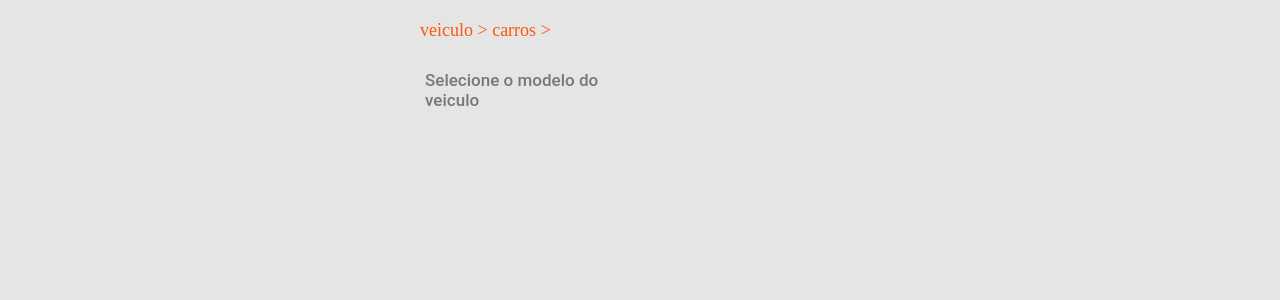
Repository: KevynMarques/Consumindo-API-CARROS
Page: /Page3
These files come from the project's save history. The page is drawn as it stood at one moment and after the next save; the edit follows.
The browser window is 1280 px wide. The pictures show the whole page.
The project was rebuilt for these pictures with package versions that can differ from the ones it lists, and the page was loaded fresh each time. Also part of the build but not shown: src/Components/Containers/style.jsx, src/Pages/Page1/index.jsx, src/Services/api.jsx, src/Components/BotoesGenericos/style.jsx, src/Pages/Page2/index.jsx.

Above is the page before, as saved 2022-04-01 18:34:21.

### public/index.html
<!DOCTYPE html>
<html lang="pt-br">
  <head>
    <meta charset="utf-8" />
    <link rel="icon" href="%PUBLIC_URL%/favicon.ico" />
    <meta name="viewport" content="width=device-width, initial-scale=1" />
    <meta name="theme-color" content="#000000" />
    <meta
      name="description"
      content="Web site created using create-react-app"
    />
    <link rel="apple-touch-icon" href="%PUBLIC_URL%/logo192.png" />
    <!--
      manifest.json provides metadata used when your web app is installed on a
      user's mobile device or desktop. See https://developers.google.com/web/fundamentals/web-app-manifest/
    -->
    <!--
      Notice the use of %PUBLIC_URL% in the tags above.
      It will be replaced with the URL of the `public` folder during the build.
      Only files inside the `public` folder can be referenced from the HTML.

      Unlike "/favicon.ico" or "favicon.ico", "%PUBLIC_URL%/favicon.ico" will
      work correctly both with client-side routing and a non-root public URL.
      Learn how to configure a non-root public URL by running `npm run build`.
    -->
    <title>Locadora</title>
  </head>
  <body>
    <noscript>You need to enable JavaScript to run this app.</noscript>
    <div id="root"></div>
    <!--
      This HTML file is a template.
      If you open it directly in the browser, you will see an empty page.

      You can add webfonts, meta tags, or analytics to this file.
      The build step will place the bundled scripts into the <body> tag.

      To begin the development, run `npm start` or `yarn start`.
      To create a production bundle, use `npm run build` or `yarn build`.
    -->
  </body>
</html>

### src/App.jsx
import React from 'react';
import { GlobalStyle } from './GlobalStyle';
import Router from './Routers/router';
import { CustomContextProvider } from './context/custom';


function App() {


  return (
    <>
    <CustomContextProvider>
    <Router />
    </CustomContextProvider>
    <GlobalStyle />
    </>
  );
}

export default App;

### src/GlobalStyle.jsx
import { createGlobalStyle } from 'styled-components';

 export const GlobalStyle = createGlobalStyle`
  * {
    margin: 0;
    padding: 0;
    box-sizing: border-box;
    background: #E5E5E5;
  }
`;

### src/Routers/router.jsx
import { BrowserRouter, Routes, Route } from "react-router-dom";
import Page1 from "../Pages/Page1";
import Page2 from "../Pages/Page2";
import Page3 from "../Pages/Page3";


export default () => {
  return (
    <>
    <BrowserRouter >
    <Routes >
      <Route path="/" element={<Page1 />} />
      <Route path="/Page2" element={<Page2 />} />
      <Route path="/Page3" element={<Page3 /> } />
    </Routes>
    </BrowserRouter>
    </>
  );
}

### src/context/custom.jsx
import { createContext } from "react";
import { useState } from "react";

export const CustomContext  = createContext();

export function CustomContextProvider ({children}) {

  const [veiculo, setVeiculo] = useState('carros')
  const [nome, setNome] = useState('')

   return (
     <CustomContext.Provider value={{veiculo, setVeiculo, nome, setNome}}>
       {children}
     </CustomContext.Provider>
   );
}

### src/Pages/Page3/index.jsx
import React, {useContext} from "react";
import { Sequencia, TextSelectP2 } from "../../Components/Textos/Style";
import { CustomContext } from "../../context/custom";

export default () => {
  const  {veiculo} = useContext(CustomContext);
  const  {nome} = useContext(CustomContext);
  return (
    <>
    <Sequencia>veiculo {'>'} {veiculo} {'>'} {nome} </Sequencia>
    <TextSelectP2 >
        Selecione o modelo do veiculo
    </TextSelectP2>
    </>
  );
}

### src/Components/Textos/Style.jsx
import styled from 'styled-components'



export const  Ola = styled.h1 `
position: absolute;
width: 53px;
height: 41px;
left: 460px;
top: 57px;
font-family: 'Roboto', sans-serif;
font-style: normal;
font-weight: bold;
font-size: 35px;
line-height: 41px;
color: #686868;
`;

export const BemVindo = styled.h2 `
font-family: 'Roboto', sans-serif;
position: absolute;
width: 342px;
height: 29px;
left: 460px;
top: 98px;
font-style: normal;
font-weight: 600;
font-size: 25px;
line-height: 29px;
color: #686868;
`;

export const DescPage1 = styled.p `
position: absolute;
width: 361px;
height: 47px;
left: 460px;
top: 150px;
font-style: normal;
font-weight: normal;
font-size: 16px;
line-height: 19px;
color: #686868;

`;

export const TextVeiculo = styled.p `
position: absolute;
left: 535px;
top: 471px;
font-style: normal;
font-weight: bold;
font-size: 50px;
line-height: 47px;
color: #686868;
font-family: 'Roboto', sans-serif;
background: #FAFAFA;
`;


/* ELEMENTOS DA PAGINA ---------------------------------------------------- 2 */

export const TextSelectP2  = styled.p `
position: absolute;
width: 210px;
height: 20px;
left: 425px;
top: 70px;
font-family: 'Roboto';
font-style: normal;
font-weight: 500;
font-size: 17px;
line-height: 20px;
color: #787878;

`;

export const TextButtonP2 = styled.p `
position: absolute;
width: 45px;
height: 18px;
left: 20px;
font-family: 'Roboto';
font-style: normal;
font-weight: 700;
font-size: 15px;
line-height: 18px;
color: #686868;
background: #FAFAFA;
`;

export const TextSelectMarca = styled.p `

position: absolute;
width: 222px;
height: 20px;
left: 425px;
top: 255px;
font-family: 'Roboto';
font-style: normal;
font-weight: 500;
font-size: 17px;
line-height: 20px;
color: #787878;

`;

export const DadosAPi = styled.p `
font-weight: bold;
font-size: 16px;
color:#FC570C;
text-align: center;
padding-top: 6px;
padding-left: 5px;
padding-right: 5px;
background-color: white;
border-radius: 20px;

`;


export  const Sequencia = styled.p `
position: absolute;
left: 420px;
top: 20px;
font-style: normal;
font-weight: normal;
font-size: 18px;
line-height: 21px;
color: #FC570C;
`;


/* ELEMENTOS DA PAGINA ---------------------------------------------------- 3 */

Loaded but not shown: src/index.js (common file)

After the next save:
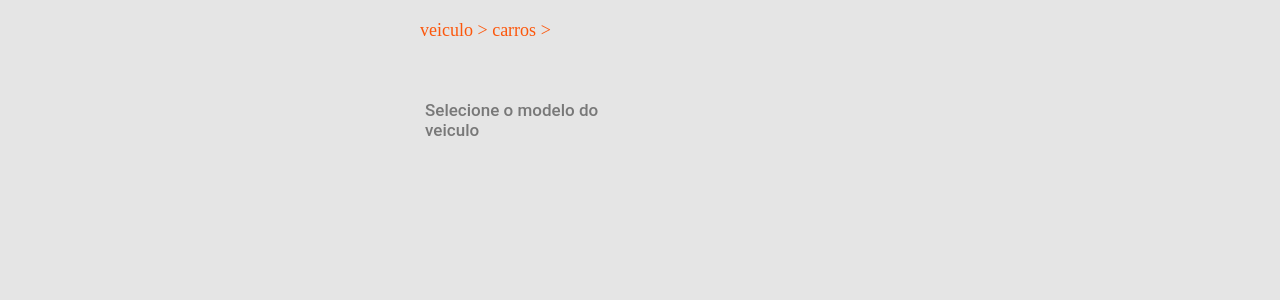
Saved 8 s later.
--- a/src/Pages/Page3/index.jsx
+++ b/src/Pages/Page3/index.jsx
@@ -8,7 +8,7 @@ export default () => {
   return (
     <>
     <Sequencia>veiculo {'>'} {veiculo} {'>'} {nome} </Sequencia>
-    <TextSelectP2 >
+    <TextSelectP2 style={{marginTop: 30}} >
         Selecione o modelo do veiculo
     </TextSelectP2>
     </>
